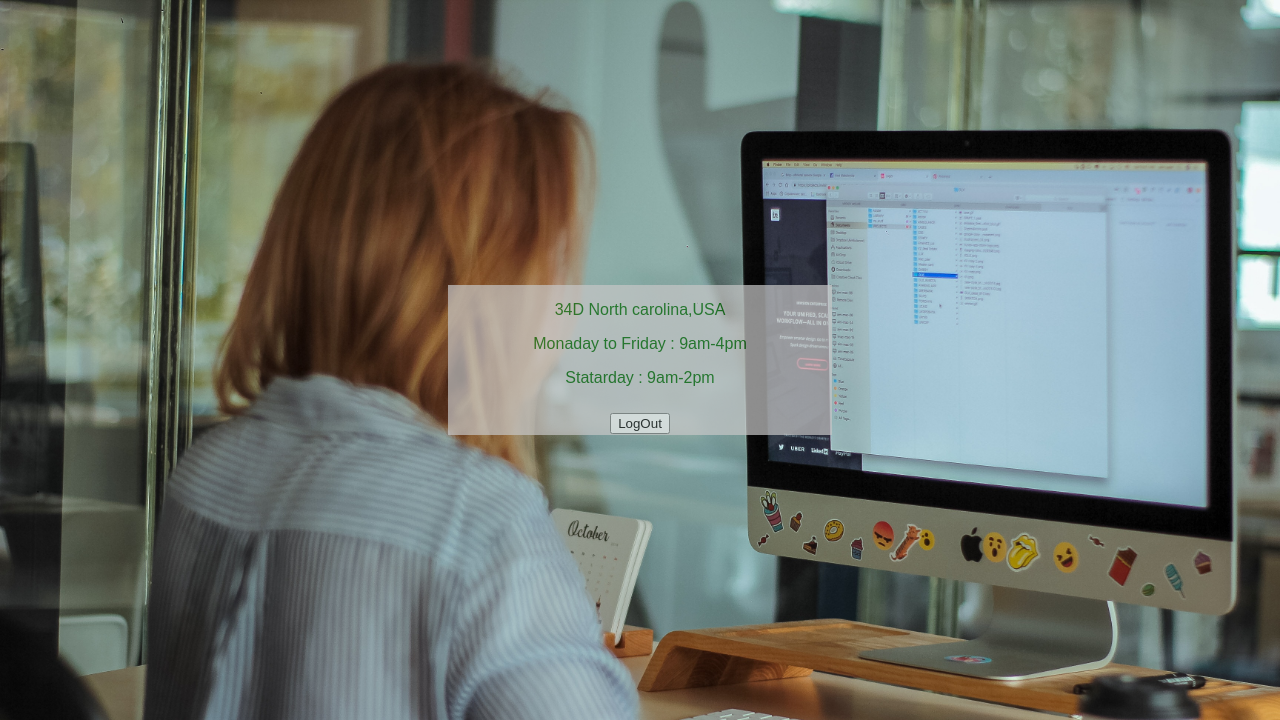
Repository: MyselfAman/Login_Page_Servlet
Page: http://localhost/Login_Page/About_Us.jsp
These files come from the project's save history. The page is drawn as it stood at one moment and after the next save; the edit follows.
The browser window is 1280 px wide. The pictures show the whole page.
The page is served by Tomcat 9. The session is filled in as if someone had signed in: {"name": "Test User"}.

Above is the page before, as saved 2019-08-08 06:15:14.

After the next save:
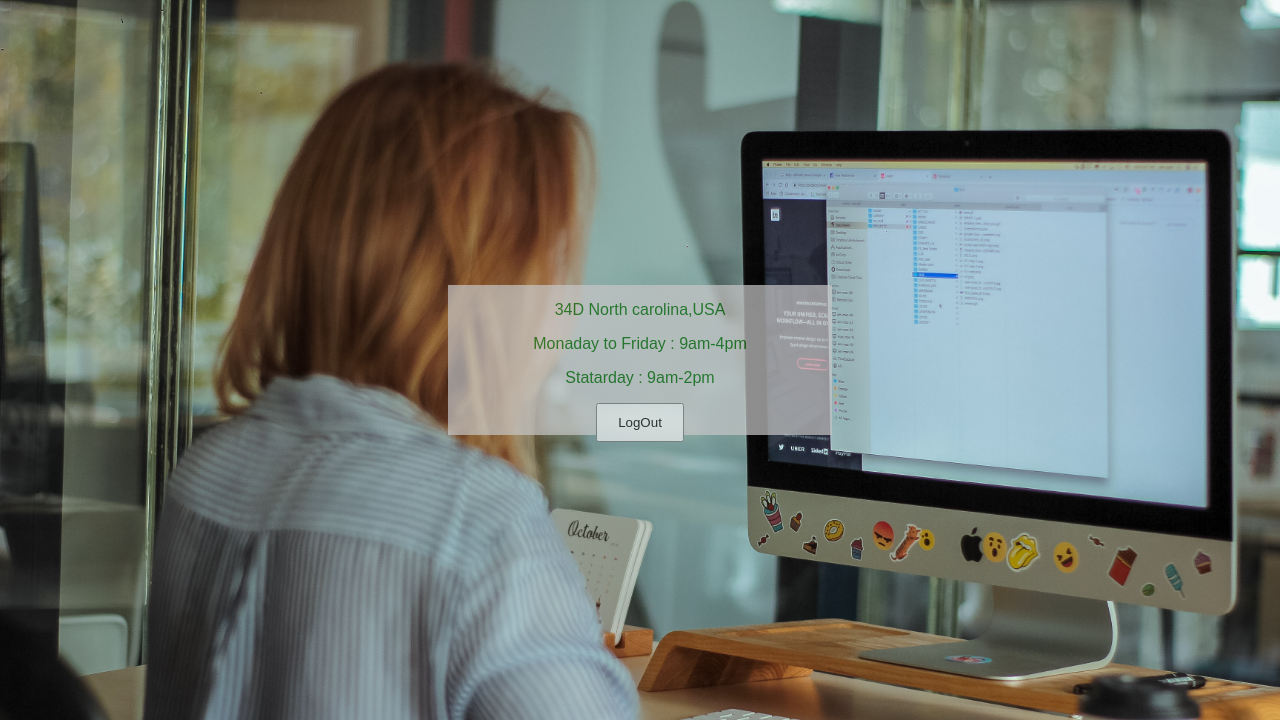
Saved 30 s later.
--- a/Login_Page/WebContent/About_Us.jsp
+++ b/Login_Page/WebContent/About_Us.jsp
@@ -19,8 +19,8 @@
 	<p>Monaday to Friday : 9am-4pm</p>
 	<p>Statarday : 9am-2pm</p>
 
-	<form action="Logout" class="button">
-	<input type="submit" value="LogOut">
+	<form action="Logout" >
+	<input type="submit" value="LogOut" class="button">
 	</form>
 </div>
 </body>
